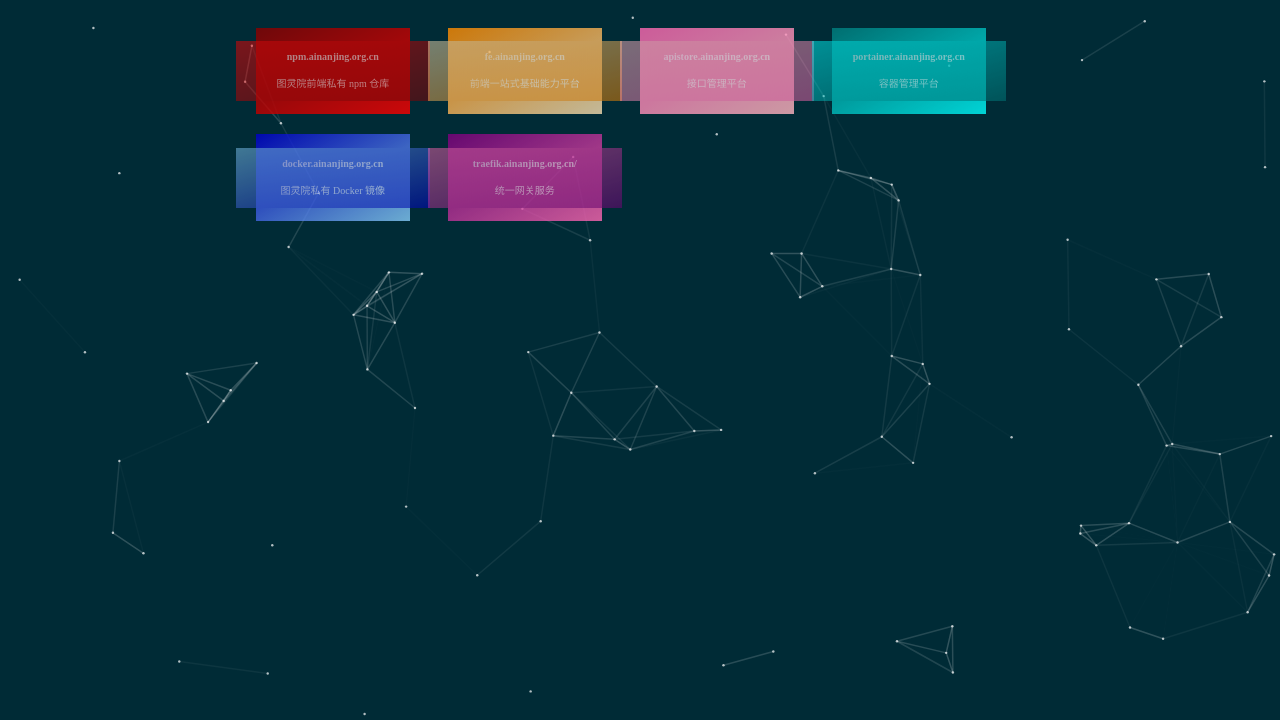
Repository: heweiwei1/portainer
Page: index.html
These files come from the project's save history. The page is drawn as it stood at one moment and after the next save; the edit follows.
The browser window is 1280 px wide. The pictures show the whole page.

Above is the page before, as saved 2021-04-14 13:54:03.

### index.html
<!DOCTYPE html>
<html lang="en">
<head>
  <meta charset="UTF-8">
  <meta http-equiv="X-UA-Compatible" content="IE=edge">
  <meta name="viewport" content="width=device-width, initial-scale=1.0">
  <title>网页</title>
  <link rel="stylesheet" href="index.css">
  <script src="index.js"></script>
</head>
<body>
  <div class="demo">
    <a class="demo1 demo-1" href="https://npm.ainanjing.org.cn/">
        <div class="trans">
          <h4>npm.ainanjing.org.cn</h4>
          <p>图灵院前端私有 npm 仓库</p>
        </div>
    </a>
    <a class="demo1 demo-2" href="https://fe.ainanjing.org.cn" id="pop">
          <div class="trans">
            <h4>fe.ainanjing.org.cn</h4>
            <p>前端一站式基础能力平台</p>
          </div>
    </a>
    <a class="demo1 demo-3" href="https://apistore.ainanjing.org.cn">
        <div class="trans">
          <h4>apistore.ainanjing.org.cn</h4>
          <p>接口管理平台</p>
        </div>
    </a>
    <a class="demo1 demo-4" href="https://portainer.ainanjing.org.cn">
        <div class="trans">
          <h4>portainer.ainanjing.org.cn</h4>
          <p>容器管理平台</p>
        </div>
    </a>
    <a class="demo1 demo-5" href="https://docker.ainanjing.org.cn">
        <div class="trans">
          <h4>docker.ainanjing.org.cn</h4>
          <p>图灵院私有 Docker 镜像</p>
        </div>
    </a>
    <a class="demo1 demo-6" href="https://traefik.ainanjing.org.cn/">
        <div class="trans">
          <h4>traefik.ainanjing.org.cn/</h4>
          <p>统一网关服务</p>
        </div>
    </a>
  </div>
</body>
</html>

### index.css
a {
  text-decoration: none;
  color: #000;
}
.demo {
  width: 60vw;
  margin: auto;
  display: flex;
  flex-flow: row wrap;
  position: relative;
}

.demo a {
  position: relative;
  display: flex;
  flex-direction: column;
  align-items: center;
  width: 12vw;
  height: 6.75vw;
  margin-top: 20px;
  font-size: 10px;
}
.demo a:not(:nth-child(4n)){
  margin-right: 3vw;
}
.trans {
  position:absolute;
  top: 13.2px;
  width: 100%;
  padding: 30px 20px;
  display: flex;
  justify-content: center;
  opacity: 0.6;
}
.demo1:hover .trans{
  opacity: 1;
}
.demo1 {
  opacity: 0.8;
}
.trans p{
  position: absolute;
  top: 24px;
  color: #fff;
}
.trans h4{
  position: absolute;
  top: -3px;
  color: #fff;
}
.demo-1 {
  background-image: linear-gradient(to bottom right,#8b0000,#ff0000);

}
.demo-1 .trans{
  background-image: linear-gradient(to top left,#8b0000,#ff0000);
}
.demo-2 {
  background-image: linear-gradient(to bottom right,#ff8c00,#f5deb3);
}
.demo-2 .trans{
  background-image: linear-gradient(to top left,#ff8c00,#f5deb3);
}
.demo-3 {
  background-image: linear-gradient(to bottom right,#ff69b4,#ffb6c1);
}
.demo-3 .trans{
  background-image: linear-gradient(to top left,#ff69b4,#ffb6c1);
}
.demo-4 {
  background-image: linear-gradient(to bottom right,#008080,#00ffff);
}
.demo-4 .trans{
  background-image: linear-gradient(to top left,#008080,#00ffff);
}
.demo-5 {
  background-image: linear-gradient(to bottom right,#0000cd,#87cefa);
}
.demo-5 .trans{
  background-image: linear-gradient(to top left,#0000cd,#87cefa);
}
.demo-6 {
  background-image: linear-gradient(to bottom right,#800080,#ff69b4);
}
.demo-6 .trans{
  background-image: linear-gradient(to top left,#800080,#ff69b4);
}

### index.js
window.onload = function(){
  var pop = document.getElementById("pop");
  pop.onclick = function(){
    alert("暂未启用");
    return false;
  }
  // 可调参数
var BACKGROUND_COLOR = "rgba(0,43,54,1)";   // 背景色
var POINT_NUM = 99;                         // 屏幕上点的数目
var POINT_COLOR = "rgba(255,255,255,0.7)";  // 点的颜色
var LINE_LENGTH = 10000;                    // 点之间连线长度(的平方)

// 创建背景画布
var cvs = document.createElement("canvas");
cvs.width = window.innerWidth;
cvs.height = window.innerHeight;
cvs.style.cssText = "\
    position:fixed;\
    top:0px;\
    left:0px;\
    z-index:-1;\
    opacity:1.0;\
    ";
document.body.appendChild(cvs);

var ctx = cvs.getContext("2d");

var startTime = new Date().getTime();

//随机数函数
function randomInt(min, max) {
    return Math.floor((max - min + 1) * Math.random() + min);
}

function randomFloat(min, max) {
    return (max - min) * Math.random() + min;
}

//构造点类
function Point() {
    this.x = randomFloat(0, cvs.width);
    this.y = randomFloat(0, cvs.height);

    var speed = randomFloat(0.3, 1.4);
    var angle = randomFloat(0, 2 * Math.PI);

    this.dx = Math.sin(angle) * speed;
    this.dy = Math.cos(angle) * speed;

    this.r = 1.2;

    this.color = POINT_COLOR;
}

Point.prototype.move = function () {
    this.x += this.dx;
    if (this.x < 0) {
        this.x = 0;
        this.dx = -this.dx;
    } else if (this.x > cvs.width) {
        this.x = cvs.width;
        this.dx = -this.dx;
    }
    this.y += this.dy;
    if (this.y < 0) {
        this.y = 0;
        this.dy = -this.dy;
    } else if (this.y > cvs.height) {
        this.y = cvs.height;
        this.dy = -this.dy;
    }
}

Point.prototype.draw = function () {
    ctx.fillStyle = this.color;
    ctx.beginPath();
    ctx.arc(this.x, this.y, this.r, 0, Math.PI * 2);
    ctx.closePath();
    ctx.fill();
}

var points = [];

function initPoints(num) {
    for (var i = 0; i < num; ++i) {
        points.push(new Point());
    }
}

var p0 = new Point(); //鼠标
p0.dx = p0.dy = 0;
var degree = 2.5;
document.onmousemove = function (ev) {
    p0.x = ev.clientX;
    p0.y = ev.clientY;
}
document.onmousedown = function (ev) {
    degree = 5.0;
    p0.x = ev.clientX;
    p0.y = ev.clientY;
}
document.onmouseup = function (ev) {
    degree = 2.5;
    p0.x = ev.clientX;
    p0.y = ev.clientY;
}
window.onmouseout = function () {
    p0.x = null;
    p0.y = null;
}

function drawLine(p1, p2, deg) {
    var dx = p1.x - p2.x;
    var dy = p1.y - p2.y;
    var dis2 = dx * dx + dy * dy;
    if (dis2 < 2 * LINE_LENGTH) {
        if (dis2 > LINE_LENGTH) {
            if (p1 === p0) {
                p2.x += dx * 0.03;
                p2.y += dy * 0.03;
            } else return;
        }
        var t = (1.05 - dis2 / LINE_LENGTH) * 0.2 * deg;
        ctx.strokeStyle = "rgba(255,255,255," + t + ")";
        ctx.beginPath();
        ctx.lineWidth = 1.5;
        ctx.moveTo(p1.x, p1.y);
        ctx.lineTo(p2.x, p2.y);
        ctx.closePath();
        ctx.stroke();
    }
    return;
}

//绘制每一帧
function drawFrame() {
    cvs.width = window.innerWidth;
    cvs.height = window.innerHeight;
    ctx.fillStyle = BACKGROUND_COLOR;
    ctx.fillRect(0, 0, cvs.width, cvs.height);

    var arr = (p0.x == null ? points : [p0].concat(points));
    for (var i = 0; i < arr.length; ++i) {
        for (var j = i + 1; j < arr.length; ++j) {
            drawLine(arr[i], arr[j], 1.0);
        }
        arr[i].draw();
        arr[i].move();
    }

    window.requestAnimationFrame(drawFrame);
}

  initPoints(POINT_NUM);
  drawFrame();
}

After the next save:
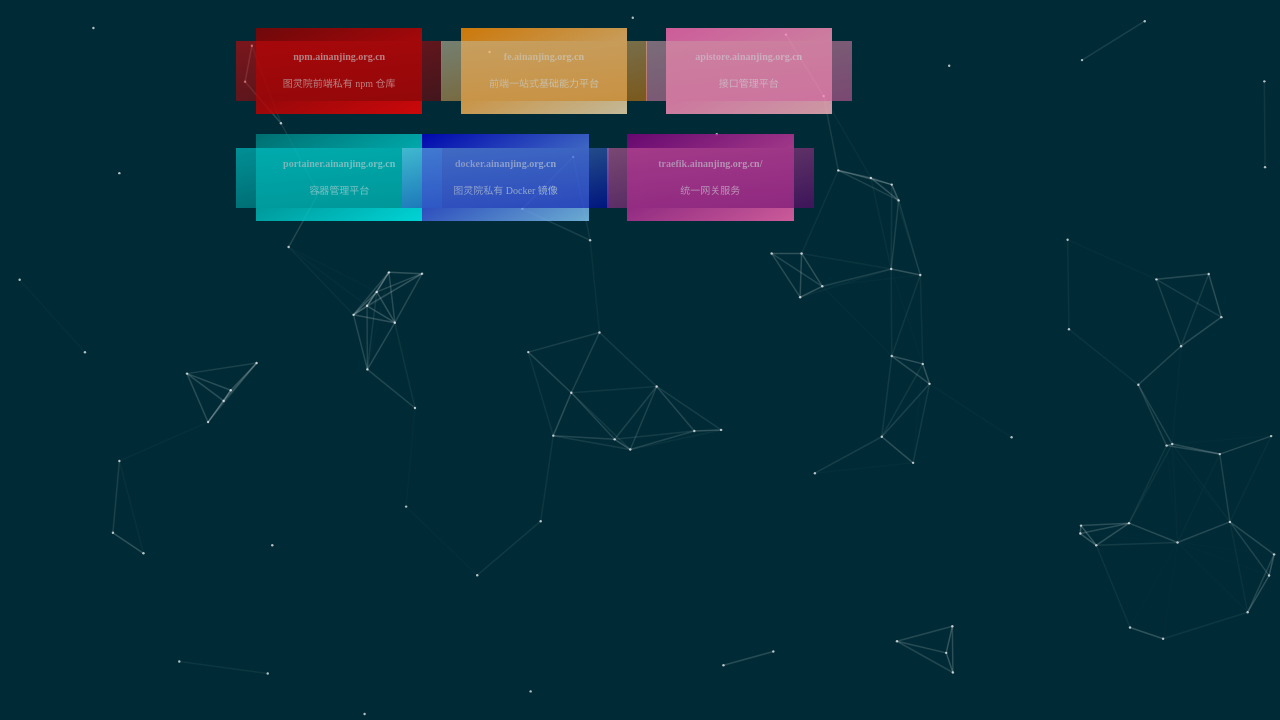
Saved 2 min 14 s later.
--- a/index.css
+++ b/index.css
@@ -15,7 +15,7 @@ a {
   display: flex;
   flex-direction: column;
   align-items: center;
-  width: 12vw;
+  width: 13vw;
   height: 6.75vw;
   margin-top: 20px;
   font-size: 10px;
